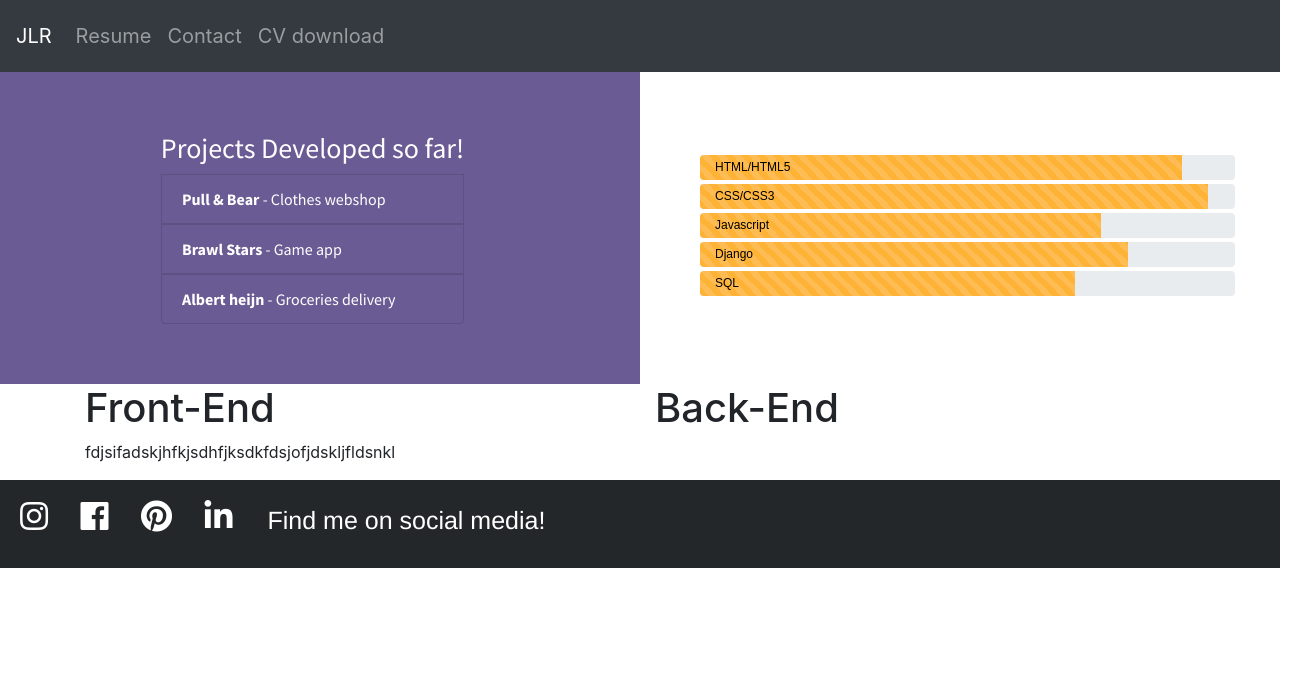
Repository: Kawaiisaki/Portfolio-site
Page: resume.html
The author's editor kept a record of every edit. The page is drawn from the files as they stood at one moment, then again after the next edit.
The browser window is 1280 px wide. The page is 1295 px wide, so the pictures cover 1295 px, including what lies to the right of the window. The pictures show the whole page.
Some web libraries are served in a nearby version.

Above is the page before.

After the next edit:
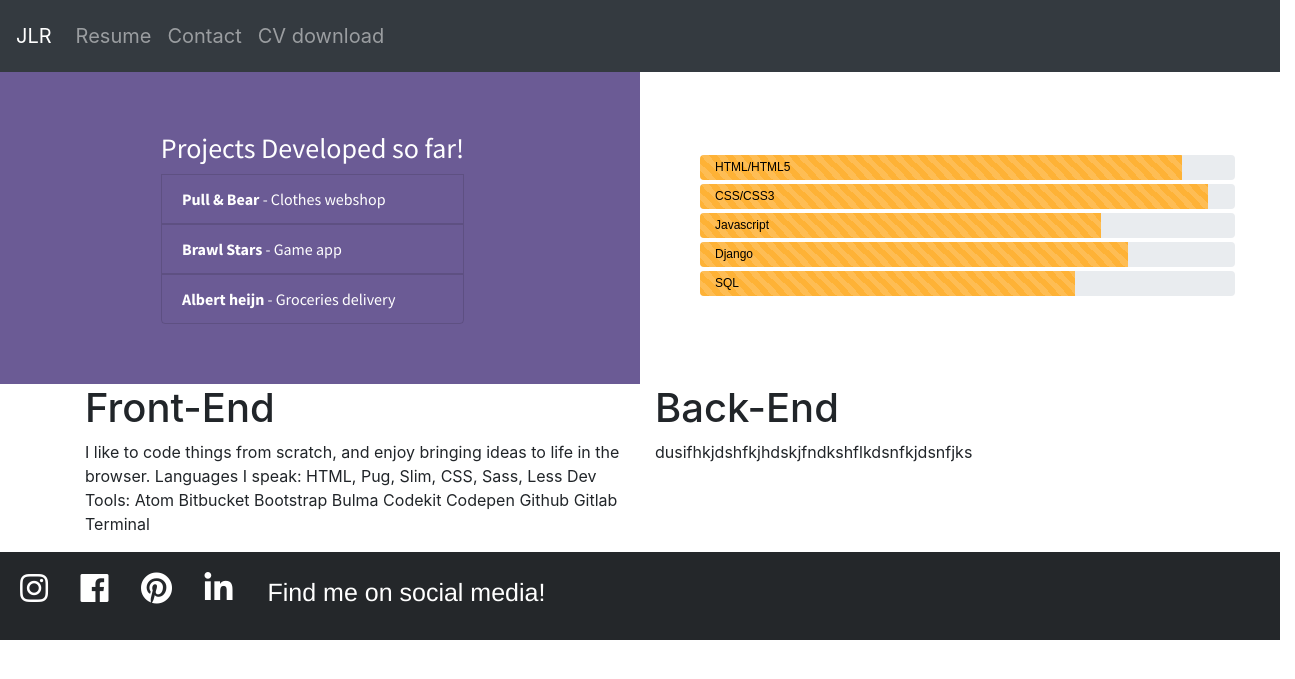
The edit:
--- a/resume.html
+++ b/resume.html
@@ -79,10 +79,12 @@
             <div class="row">
                 <div class="col">
                     <h1>Front-End</h1>
-                    <p>fdjsifadskjhfkjsdhfjksdkfdsjofjdskljfldsnkl</p>
+                    <p>I like to code things from scratch, and enjoy bringing ideas to life in the browser. Languages I speak: HTML, Pug, Slim, CSS, Sass, Less Dev Tools: Atom Bitbucket Bootstrap Bulma Codekit Codepen Github Gitlab Terminal
+                    </p>
                 </div>
                 <div class="col">
                     <h1>Back-End</h1>
+                    <p>dusifhkjdshfkjhdskjfndkshflkdsnfkjdsnfjks</p>
                 </div>
             </div>
     </section>
